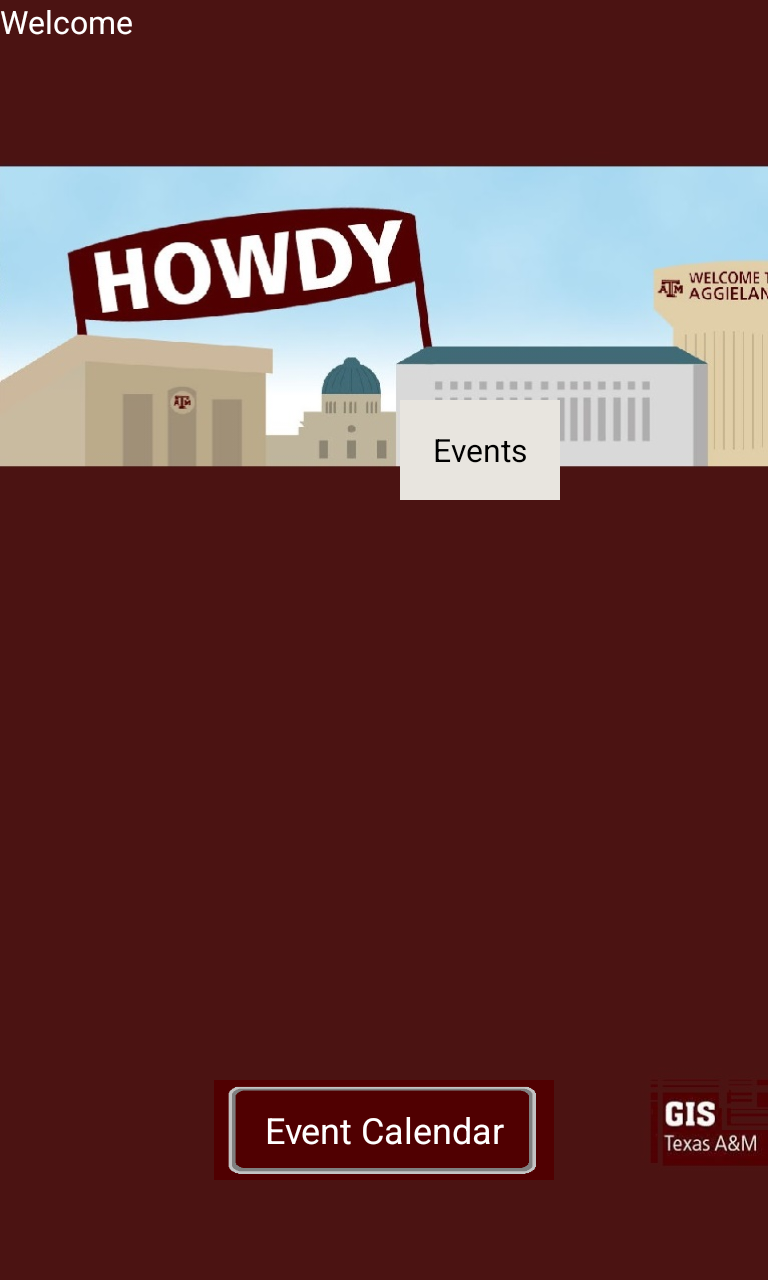
Repository: jannelg92/ANDROIDAPP
Layout: GEOINNOVATION/TAMUgis-dayEvents/res/layout/main_home.xml
These files come from the project's save history. The layout is drawn as it stood at one moment and after the next save; the edit follows.
It is drawn on a 768 x 1280 px phone screen (xhdpi) without system bars, with theme AppTheme; the app's code is not run. Lists and similar views that code fills are empty.

Above is the layout before, as saved 2014-04-21 17:12:28.

### GEOINNOVATION/TAMUgis-dayEvents/res/layout/main_home.xml
<!-- A DrawerLayout is intended to be used as the top-level content view using match_parent for both width and height to consume the full space available. -->
<android.support.v4.widget.DrawerLayout xmlns:android="http://schemas.android.com/apk/res/android"
    xmlns:tools="http://schemas.android.com/tools"
    android:id="@+id/drawer_layout"
    android:layout_width="match_parent"
    android:layout_height="match_parent"
    android:background="@drawable/aggieland_blank" >

    <!--
         As the main content view, the view below consumes the entire
         space available using match_parent in both dimensions.
    -->


   <FrameLayout
        android:id="@+id/flContent"
        android:orientation="horizontal"
        android:layout_width="match_parent"
        android:layout_height="match_parent" >

       <TextView
        android:id="@+id/txtLabel"
        android:layout_width="wrap_content"
        android:layout_height="wrap_content"
        android:text="Welcome"
        android:textSize="16dp"
        android:textColor="#ffffff"/>

    <Button
        android:id="@+id/event_b"
        android:layout_width="80dp"
        android:layout_height="50dp"
        android:layout_margin="200dp"
        android:layout_marginBottom="50dp"
        android:background="#E8E5DF"
        android:clickable="true"
        android:text="@string/title_section2"
        android:textSize="@dimen/small_text" />

	<Button
            android:id="@+id/calendar_button"
            android:layout_width="170dp"
            android:layout_height="50dp"
            android:layout_marginBottom="50dp"
            android:layout_gravity="center_horizontal|bottom"
            android:text="@string/calendar"
            android:textColor="#ffffff"
            android:background="@drawable/button"
            android:clickable="true"  />

    </FrameLayout>

    <!--
         android:layout_gravity="start" tells DrawerLayout to treat
         this as a sliding drawer on the left side for left-to-right
         languages and on the right side for right-to-left languages.
         If you're not building against API 17 or higher, use
         android:layout_gravity="left" instead.
	-->
    <!--
         The drawer is given a fixed width in dp and extends the full height of
         the container.
    -->
    <!-- The navigation drawer -->
    <ListView
        android:id="@+id/lvDrawer"
        android:layout_width="240dp"
        android:layout_height="match_parent"
        android:layout_gravity="start"
        android:choiceMode="singleChoice"
        android:divider="@android:color/darker_gray"
        android:dividerHeight="1dp"
        android:background="@drawable/drop_back"
        android:listSelector="@drawable/bright_back" />





   <!--  <fragment
        android:id="@+id/lvDrawer"
        android:name="edu.tamu.gisdayevents.NavigationDrawerFragment"
        android:layout_width="@dimen/navigation_drawer_width"
        android:layout_height="match_parent"
        android:layout_gravity="start"
        android:choiceMode="singleChoice"
        android:divider="@android:color/darker_gray"
        android:dividerHeight="0dp" />
		-->
</android.support.v4.widget.DrawerLayout>

### GEOINNOVATION/TAMUgis-dayEvents/res/values/strings.xml
<?xml version="1.0" encoding="utf-8"?>
<resources>

    <!-- Menu, Application, Object TITLES -->
    <string name="app_name">TAMUgis-day Events</string>
    <string name="application_name">Texas A&amp;M Geoservices</string>
    <string name="nav_drawer">Navigation Drawer</string>
    <string name="layout_piece">Structure or element of the layout</string>
    <string name="hello_world">Hello  W O R L D!! :)</string>
    <string name="title_menu">Navigation Menu</string>
    <string name="title_activity_user_options">UserOptions</string>
    <string name="title_activity_events">Events</string>
    <string name="title_activity_event_checkin">Event_checkin</string>
    <string name="title_section1">Welcome</string>
    <string name="title_section2">Events</string>
    <string name="title_sectionLogin">Log-in</string>
    <string name="title_section3">Event Check-in</string>
    <string name="title_section4">My Events</string>
    <string name="title_section5">Settings</string>
    <string name="title_section6">Log-out</string>

    <string-array name="mainTitles">
        <item id="menu1_99">Log-in </item>
        <item id="menu1_100">Event Calendar </item>
        <item id="menu1_101">Share </item>
    </string-array>
    <string-array name="userTitles">
        <item id="menu2_99"> Event Calendar </item>
        <item id="menu2_100"> Event Check-in </item>
        <item id="menu2_101"> My Events </item>
        <item id="menu2_102"> Share </item>
        <item id="menu2_103"> Settings </item>
        <item id="menu2_104"> Log-out</item>
    </string-array>
    <string-array name="menuTitles">
        <item id="menu2_99">   Home  </item>
        <item id="menu2_100"> Log-in </item>
        <item id="menu2_101"> Event Calendar </item>
        <item id="menu2_102"> Event Check-in </item>
        <item id="menu2_103"> My Events </item>
        <item id="menu2_104"> Share </item>
        <item id="menu2_105"> Settings </item>
        <item id="menu2_106"> Log-out </item>
    </string-array>

    <array name="nav_drawer_icons">
        <item>@drawable/ic_launcher</item>
        <item>@drawable/ic_action_signup</item>
        <item>@drawable/ic_action_eventcal</item>
        <item>@drawable/ic_action_checkin</item>
        <item>@drawable/ic_action_myevents</item>
        <item>@drawable/ic_action_share</item>
        <item>@drawable/ic_action_settings</item>
        <item>@drawable/ic_action_import_export</item>
    </array>

    <!--  -->


    <!-- Strings related to Settings, Example General settings -->
    <string name="pref_header_general">General</string>
    <string name="pref_title_social_recommendations">Enable social recommendations</string>
    <string name="pref_description_social_recommendations">Recommendations for people to contact based on your message history</string>
    <string name="pref_title_display_name">Display name</string>
    <string name="pref_default_display_name">John Smith</string>
    <string name="pref_title_add_friends_to_messages">Add friends to messages</string>

    <string-array name="pref_example_list_titles">
        <item>Always</item>
        <item>When possible</item>
        <item>Never</item>
    </string-array>
    <string-array name="pref_example_list_values">
        <item>1</item>
        <item>0</item>
        <item>-1</item>
    </string-array>

    <!-- Example settings for Data & Sync -->
    <string name="pref_header_data_sync">Data &amp; sync</string>
    <string name="pref_title_sync_frequency">Sync frequency</string>

    <string-array name="pref_sync_frequency_titles">
        <item>15 minutes</item>
        <item>30 minutes</item>
        <item>1 hour</item>
        <item>3 hours</item>
        <item>6 hours</item>
        <item>Never</item>
    </string-array>
    <string-array name="pref_sync_frequency_values">
        <item>15</item>
        <item>30</item>
        <item>60</item>
        <item>180</item>
        <item>360</item>
        <item>-1</item>
    </string-array>

    <string name="pref_title_system_sync_settings">System sync settings</string>

    <!-- Example settings for Notifications -->

    <string name="pref_header_notifications">Notifications</string>
    <string name="pref_title_new_message_notifications">New message notifications</string>
    <string name="pref_title_ringtone">Ringtone</string>
    <string name="pref_ringtone_silent">Silent</string>
    <string name="pref_title_vibrate">Vibrate</string>
    <string name="app_settings">App Settings</string>
    <string name="main">Home</string>
    <string name="login">Log-in</string>
    <string name="calendar">Event Calendar</string>
    <string name="checkin">Event Checkin</string>
    <string name="myevents">My Events</string>
    <string name="share">Share</string>
    <string name="map">Map</string>
    <string name="settings">Settings</string>
    <string name="logout">Log-out</string>
    <string name="returnB">Back</string>
    <string name="details">Event Details</string>
    <string name="prof_classes">Professor-added Classes </string>
    <string name="prof">Professors </string>
    <string name="pics">Pictures</string>
    <string name="signup">Sign-up </string>
    <string name="mycourses">My Courses</string>
    <string name="notify">Notifcation Options </string>
    <string name="event_remind">Send Event Reminders</string>
    <string name="push">Allow Push Notifications</string>
    <string name="gps">Allow GPS Tracking</string>

    <!-- Description Strings -->
    <color name="maroon">#500000</color>
    <color name="selector">#F4AF00</color>
    <color name="background">#FDEFCC </color>

    <string name="drawer_open">Open Menu</string>
    <string name="drawer_close">Close Menu</string>
    <string name="app_error">Sorry, GIS DAY app is NOT available.</string>
    <string name="navigation_drawer_open">Open navigation drawer</string>
    <string name="navigation_drawer_close">Close navigation drawer</string>
    <string name="action_example">HelloWorld</string>
    <string name="action_settings">Settings</string>
    <string name="prompt_email">Email</string>
    <string name="prompt_password">Password</string>
    <string name="action_sign_in_register"><b>Sign in</b> or register</string>
    <string name="action_sign_in_short">Sign in</string>
    <string name="action_forgot_password">Recover lost password</string>
    <string name="login_progress_signing_in">Signing in&#8230;</string>
    <string name="error_invalid_email">This email address is invalid</string>
    <string name="error_invalid_password">This password is too short</string>
    <string name="error_incorrect_password">This password is incorrect</string>
    <string name="error_field_required">This field is required</string>
    <string name="title_activity_event_calendar">EventCalendar</string>

</resources>

### GEOINNOVATION/TAMUgis-dayEvents/res/values/dimens.xml
<resources>

   <dimen name="activity_horizontal_margin">16dp</dimen>
    <dimen name="activity_vertical_margin">16dp</dimen>

    <dimen name="big_text">28dip</dimen>
    <dimen name="mid_text">20dip</dimen>
    <dimen name="small_text">16dip</dimen>
    <dimen name="return_w">50dp</dimen>
    <dimen name="return_h">50dp</dimen>
    <dimen name="text_sizeW">70dp </dimen>
    <dimen name="text_sizeH">70dp</dimen>
    <dimen name="button_w">200dp </dimen>
    <dimen name="button_h">60dp </dimen>
    <!--
         Per the design guidelines, navigation drawers should be between 240dp and 320dp:
         https://developer.android.com/design/patterns/navigation-drawer.html
    -->
    <dimen name="navigation_drawer_width">277dp</dimen>

</resources>

Loaded but not shown: GEOINNOVATION/TAMUgis-dayEvents/res/values/styles.xml (common file); GEOINNOVATION/TAMUgis-dayEvents/res/values-v11/styles.xml (common file); GEOINNOVATION/TAMUgis-dayEvents/res/values-v14/styles.xml (common file)

After the next save:
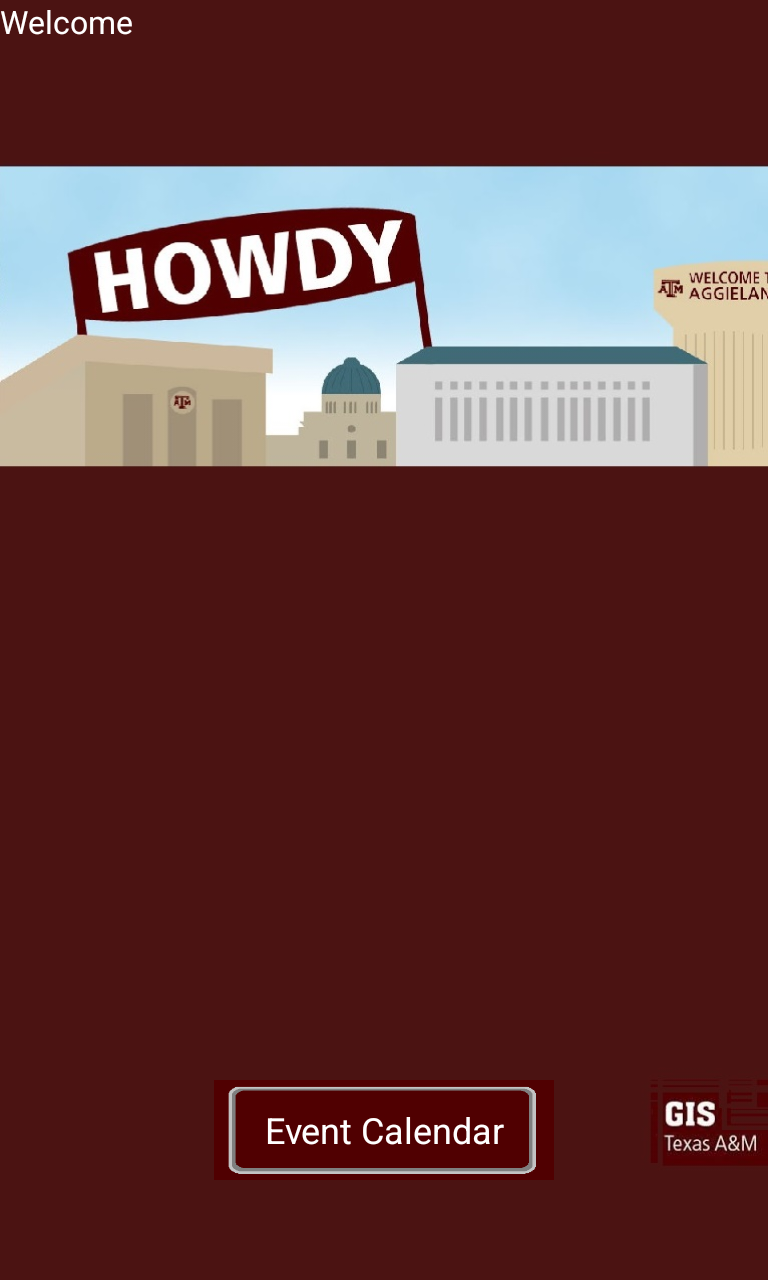
Saved 44 s later.
--- a/GEOINNOVATION/TAMUgis-dayEvents/res/layout/main_home.xml
+++ b/GEOINNOVATION/TAMUgis-dayEvents/res/layout/main_home.xml
@@ -25,17 +25,6 @@
         android:text="Welcome"
         android:textSize="16dp"
         android:textColor="#ffffff"/>
-
-    <Button
-        android:id="@+id/event_b"
-        android:layout_width="80dp"
-        android:layout_height="50dp"
-        android:layout_margin="200dp"
-        android:layout_marginBottom="50dp"
-        android:background="#E8E5DF"
-        android:clickable="true"
-        android:text="@string/title_section2"
-        android:textSize="@dimen/small_text" />
 
 	<Button
             android:id="@+id/calendar_button"
